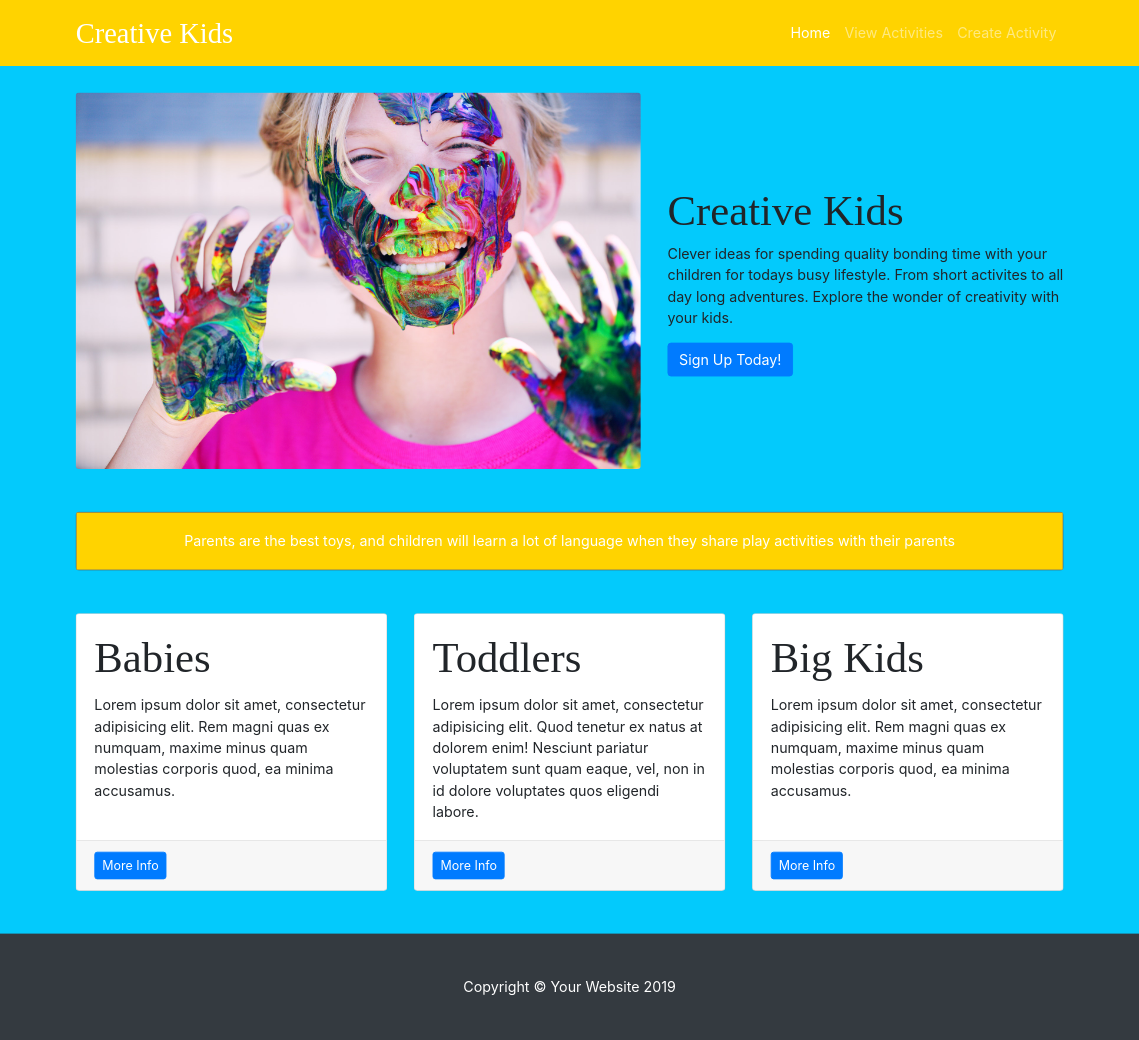
Repository: Neilfoster/milestone_project_3
Page: http://localhost/
The author's editor kept a record of every edit. The page is drawn from the files as they stood at one moment, then again after the next edit.
The browser window is 1280 px wide. The pictures show the whole page, at 89% of full size.
Some web fonts or font styles are not loaded; a fallback is used. Some web libraries are served in a nearby version. The page is served by the project's application, run on Flask 3 (app.py). Queries for data that is not in the repository find no rows.

Above is the page before.

### templates/home.html
{% extends "base.html" %} {% block content %}

<!-- Page Content -->
<div class="container">

  <!-- Heading Row -->
  <div class="row align-items-center my-5">
    <div class="col-lg-7">
      <img class="img-fluid rounded mb-4 mb-lg-0" src="static/images/main-img.jpg" alt="kid with paint">
    </div>
    <!-- /.col-lg-8 -->
    <div class="col-lg-5">
      <h1 class="font-weight-light home_title">Creative Kids</h1>
      <p>Clever ideas for spending quality bonding time with your children for todays busy lifestyle. From short activites to all day long adventures. Explore the wonder of creativity with your kids.</p>
      <a class="btn btn-primary" href="">Sign Up Today!</a>
    </div>
    <!-- /.col-md-4 -->
  </div>
  <!-- /.row -->

  <!-- Call to Action Well -->
  <div class="card text-white bg-secondary my-5  text-center">
    <div class="card-body cstm_jumb_home">
      <p class="text-white m-0">Parents are the best toys, and children will learn a lot of language when they share play activities with their parents</p>
    </div>
  </div>

  <!-- Content Row -->

  <div class="row">
    <div class="col-md-4 mb-5">
      <div class="card h-100">
        <div class="card-body">
          <h2 class="card-title home_title">Babies</h2>
          <p class="card-text">Lorem ipsum dolor sit amet, consectetur adipisicing elit. Rem magni quas ex numquam, maxime minus quam molestias corporis quod, ea minima accusamus.</p>
        </div>
        <div class="card-footer">
          <a href="#" class="btn btn-primary btn-sm">More Info</a>
        </div>
      </div>
    </div>
    <!-- /.col-md-4 -->
    <div class="col-md-4 mb-5">
      <div class="card h-100">
        <div class="card-body">
          <h2 class="card-title home_title">Toddlers</h2>
          <p class="card-text">Lorem ipsum dolor sit amet, consectetur adipisicing elit. Quod tenetur ex natus at dolorem enim! Nesciunt pariatur voluptatem sunt quam eaque, vel, non in id dolore voluptates quos eligendi labore.</p>
        </div>
        <div class="card-footer">
          <a href="#" class="btn btn-primary btn-sm">More Info</a>
        </div>
      </div>
    </div>
    <!-- /.col-md-4 -->
    <div class="col-md-4 mb-5">
      <div class="card h-100">
        <div class="card-body">
          <h2 class="card-title home_title">Big Kids</h2>
          <p class="card-text">Lorem ipsum dolor sit amet, consectetur adipisicing elit. Rem magni quas ex numquam, maxime minus quam molestias corporis quod, ea minima accusamus.</p>
        </div>
        <div class="card-footer">
          <a href="#" class="btn btn-primary btn-sm">More Info</a>
        </div>
      </div>
    </div>
    <!-- /.col-md-4 -->

  </div>
  <!-- /.row -->

</div>
<!-- /.container -->

{% endblock %}
</body>

</html>

### templates/base.html
<!DOCTYPE html>
<html lang="en">

<head>

  <meta charset="utf-8">
  <meta name="viewport" content="width=device-width, initial-scale=1, shrink-to-fit=no">
  <meta name="description" content="">
  <meta name="author" content="">

  <title>Creative Kids</title>

  <!-- Bootstrap core CSS -->
  <link href="static/css/bootstrap.min.css" rel="stylesheet">

  <!-- CDN for Bootstrap core CSS -->
  <!-- <link rel="stylesheet" href="https://stackpath.bootstrapcdn.com/bootstrap/4.3.1/css/bootstrap.min.css" type="text/css" /> -->

  <!-- Custom styles for this template -->
  <link href="static/css/small-business.css" rel="stylesheet">

  <!-- Custom styles-->
  <link href="static/css/style.css" rel="stylesheet">

  <!-- Google Fonts-->
  <link href="https://fonts.googleapis.com/css?family=Butterfly+Kids&display=swap" rel="stylesheet">

</head>

<body>

  <!-- Navigation -->
  <nav class="navbar navbar-expand-lg navbar-dark fixed-top cstmnav">
    <div class="container">
      <a class="navbar-brand nav_txt" href="{{url_for('get_activities')}}">Creative Kids</a>
      <button class="navbar-toggler" type="button" data-toggle="collapse" data-target="#navbarResponsive" aria-controls="navbarResponsive" aria-expanded="false" aria-label="Toggle navigation">
        <span class="navbar-toggler-icon"></span>
      </button>
      <div class="collapse navbar-collapse" id="navbarResponsive">
        <ul class="navbar-nav ml-auto">
          <li class="nav-item active">
            <a class="nav-link" href="{{url_for('get_activities')}}">Home
              <span class="sr-only">(current)</span>
            </a>
          </li>
          <li class="nav-item">
            <a class="nav-link" href="{{url_for('activity_view')}}">View Activities</a>
          </li>
          <li class="nav-item">
            <a class="nav-link" href="{{url_for('add_activity')}}">Create Activity</a>
          </li>

        </ul>
      </div>
    </div>
  </nav>

  {% block content %} {% endblock %}



  <!-- Footer -->
  <footer class="py-5 bg-dark">
    <div class="container">
      <p class="m-0 text-center text-white">Copyright &copy; Your Website 2019</p>
    </div>
    <!-- /.container -->
  </footer>


  <!-- Bootstrap core JavaScript -->
  <script src="static/js/jquery.min.js"></script>
  <script src="static/js/bootstrap.bundle.min.js"></script>

<!-- Font Awesome js-->
  <script src="https://kit.fontawesome.com/8aa891fdce.js" crossorigin="anonymous"></script>
</body>

</html>

### app.py
import os
from flask import Flask, render_template, redirect, request, url_for
from flask_pymongo import PyMongo
from bson.objectid import ObjectId

app = Flask(__name__)

app.config["MONGO_DBNAME"] = 'milestoneproject3me'
app.config["MONGO_URI"] = os.environ.get('mongo_uri')

mongo = PyMongo(app)

@app.route('/')
@app.route('/get_activities')
def get_activities():
    return render_template("home.html",
    activities=mongo.db.Activities.find())

@app.route('/activity_view')
def activity_view():
    return render_template('activity_view.html',
    activities=mongo.db.Activities.find().limit(6),
    ages=mongo.db.ages.find(),
    durations=mongo.db.duration.find())

@app.route('/add_activity', methods=['POST', 'GET'])
def add_activity():
    return render_template('add_activity.html',
    ages=mongo.db.ages.find(),
    durations=mongo.db.duration.find())

@app.route('/insert_activity', methods=['POST'])
def insert_activity():
    activities=mongo.db.Activities
    activities.insert_one(request.form.to_dict())
    return redirect(url_for('activity_view'))


if __name__ == "__main__":
    app.run(host=os.environ.get('IP'),
        port=int(os.environ.get('PORT')),
        debug=True)

### static/css/style.css
body {
    background-color: #03cafc;

}

.forum_text {
    margin-left: 1%;
}

.my_button{
    margin-bottom: 2%;
}

.cstmnav{
    background-color: #ffd300;
}

.cstm_jumb{
    border: 5px solid #ffd300;
    border-radius:1%;
    margin-top: 5%;
}

.cstm_select {
    border: 2px solid #ffd300;
    border-radius:1%;
    margin-top:1%;
    margin-bottom: 1%;
}

.cstm_card {
    border: 2px solid #ffd300;
    border-radius:1%;
    margin:1%;
}

.cstm_jumb_home{
    background-color: #ffd300;
}

.nav_txt {
    font-size:2rem;
    font-family: 'Butterfly Kids', cursive;
}

.home_title {
    font-family: 'Butterfly Kids', cursive;
    font-size:3rem;
}

.add_forum {
     border: 2px solid #ffd300;
    border-radius:1%;
}

.add_title {
    font-family: 'Butterfly Kids', cursive;
    font-size: 4rem;
}

Loaded but not shown: static/css/bootstrap.min.css (library); static/css/small-business.css (common file); static/js/jquery.min.js (library); static/js/bootstrap.bundle.min.js (library)

After the next edit:
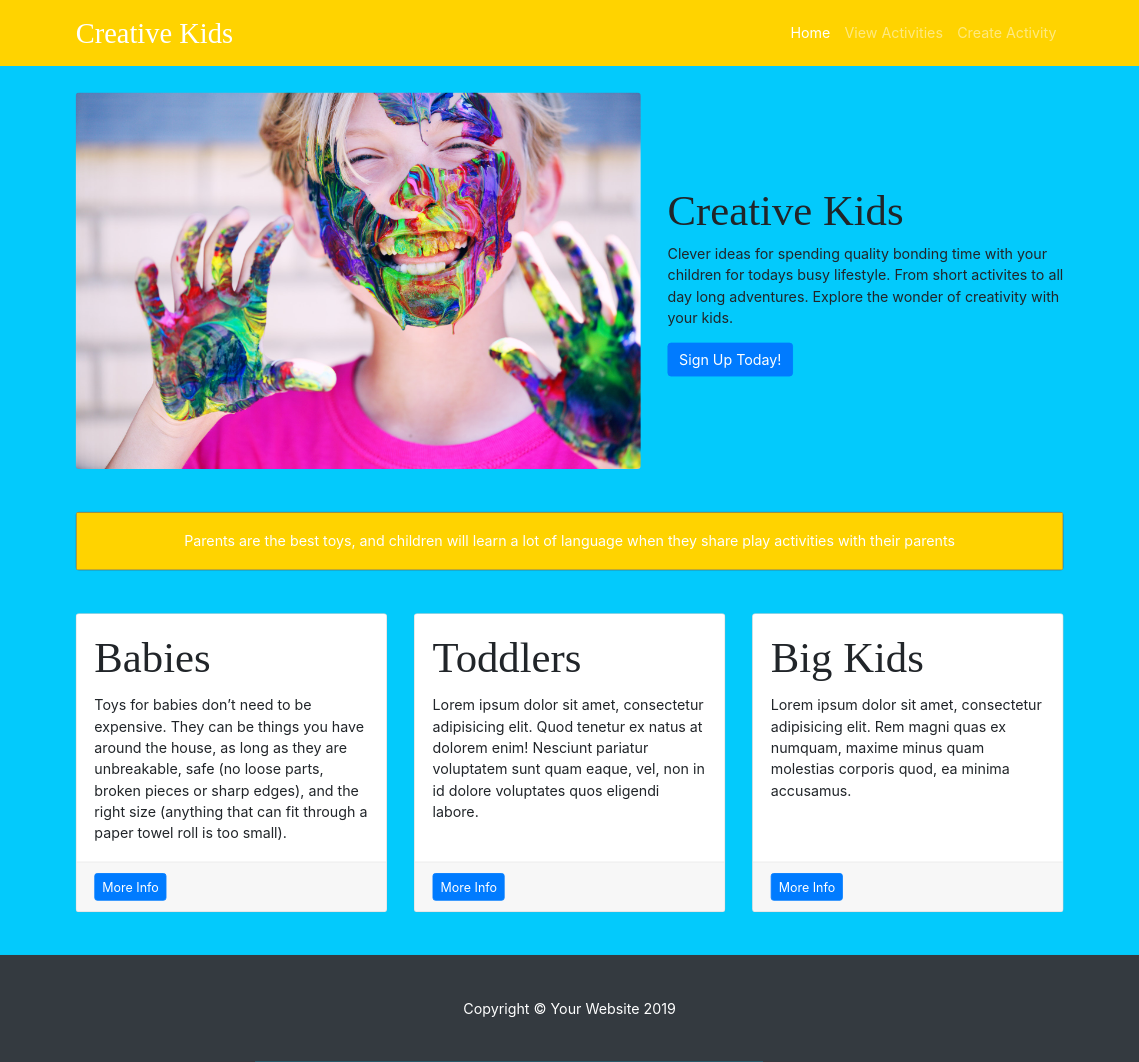
The edit:
--- a/templates/home.html
+++ b/templates/home.html
@@ -32,7 +32,7 @@
       <div class="card h-100">
         <div class="card-body">
           <h2 class="card-title home_title">Babies</h2>
-          <p class="card-text">Lorem ipsum dolor sit amet, consectetur adipisicing elit. Rem magni quas ex numquam, maxime minus quam molestias corporis quod, ea minima accusamus.</p>
+          <p class="card-text">Toys for babies don’t need to be expensive. They can be things you have around the house, as long as they are unbreakable, safe (no loose parts, broken pieces or sharp edges), and the right size (anything that can fit through a paper towel roll is too small).</p>
         </div>
         <div class="card-footer">
           <a href="#" class="btn btn-primary btn-sm">More Info</a>
